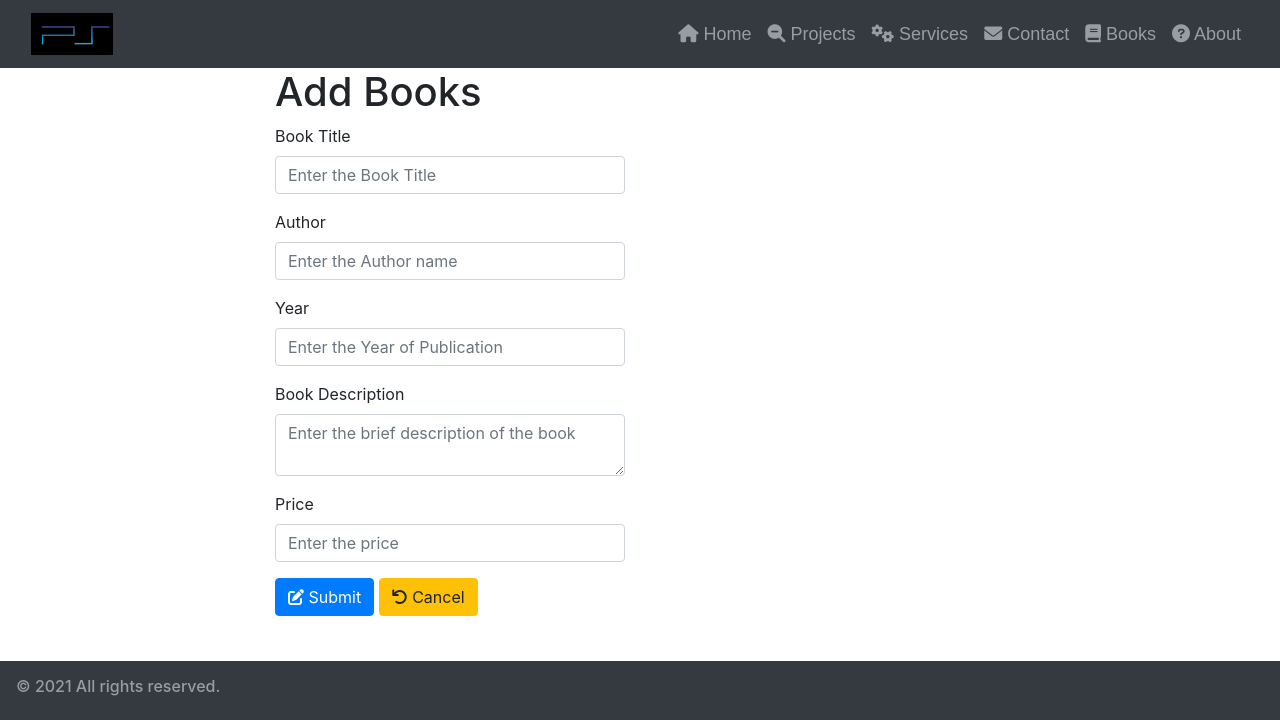
Repository: ParambirParambir/Assignment02
Page: http://localhost/book-list/add
These files come from the project's save history. The page is drawn as it stood at one moment and after the next save; the edit follows.
The browser window is 1280 px wide. The pictures show the whole page.
Some web libraries are served in a nearby version. The page is served by the project's Node server (server/config/app.js). Other server files are loaded and not shown.

Above is the page before, as saved 2021-10-21 19:50:17.

### server/views/book/add.ejs
<%- include ../partials/header.ejs %>

<%- include ../partials/main_nav.ejs %>

<!--Main content for Add page-->
<div class="container">
    <div class="row">
        <div class="offset-md-2 col-md-4">
        <h1><%= title %></h1>

            <form class="form" method="post">
                <div class="form-group">
                    <label for="nameTextField">Book Title</label>
                    <input type="text" class="form-control" id="nameTextField" placeholder="Enter the Book Title" name="name" required>
                </div>

                <div class="form-group">
                    <label for="authorTextField">Author</label>
                    <input type="text" class="form-control" id="authorTextField" placeholder="Enter the Author name" name="author" required>
                </div>

                <div class="form-group">
                    <label for="publishedTextField">Year</label>
                    <input type="text" class="form-control" id="publishedTextField" placeholder="Enter the Year of Publication " name="year" required>
                </div>

                <div class="form-group">
                    <label for="descriptionTextArea">Book Description</label>
                    <textarea type="text" class="form-control" id="descriptionTextArea" placeholder="Enter the brief description of the book" name="description" required></textarea>
                </div>

                <div class="form-group">
                    <label for="priceTextField">Price</label>
                    <input type="number" class="form-control" id="priceTextField" placeholder="Enter the price" name="price" required>
                </div>

                <button class="btn btn-primary " type="submit">
                    <i class="fas fa-edit"></i> Submit</button>

                    <a href="/book-list" class="btn btn-warning"><i class="fas fa-undo"></i> Cancel</a>
            </form>
        </div>

    </div>
</div>

<%- include ../partials/bottom_nav.ejs %>

<%- include ../partials/footer.ejs %>

### server/views/partials/header.ejs
<!DOCTYPE html>
<html lang="en">
<head>
  <meta charset="UTF-8">
  <meta http-equiv="X-UA-Compatible" content="IE=edge">
  <meta name="viewport" content="width=device-width, initial-scale=1.0">
  <title><%= title %> page</title>

  <!--css-->
  <link rel='stylesheet' href='/Content/app.css' />

<!--These stylesheets were saying 404 in console-->

  <!--<link rel="stylesheet" href="/bootstrap/dist/bootstrap.min.css">
  <link rel="stylesheet" href='/@fortawesome/fontawesome-free/css/all.min.css'-->

  <link rel="stylesheet" href="https://cdn.jsdelivr.net/npm/bootstrap@4.6.0/dist/css/bootstrap.min.css" integrity="sha384-B0vP5xmATw1+K9KRQjQERJvTumQW0nPEzvF6L/Z6nronJ3oUOFUFpCjEUQouq2+l" crossorigin="anonymous">
 <link rel="stylesheet" href="https://cdnjs.cloudflare.com/ajax/libs/font-awesome/6.0.0-beta2/css/all.min.css" integrity="sha512-YWzhKL2whUzgiheMoBFwW8CKV4qpHQAEuvilg9FAn5VJUDwKZZxkJNuGM4XkWuk94WCrrwslk8yWNGmY1EduTA==" crossorigin="anonymous" referrerpolicy="no-referrer" />

</head>
<body>

### server/views/partials/main_nav.ejs
 <!--main nav-->
  <nav class="navbar navbar-expand-lg navbar-dark bg-dark">
    <div class="container-fluid">
      <a class="navbar-brand" href="/home"><img src="/Assets/images/logo.jpg" class="logo"></a>
      <button class="navbar-toggler" type="button" data-bs-toggle="collapse" data-bs-target="#navbarSupportedContent" aria-controls="navbarSupportedContent" aria-expanded="false" aria-label="Toggle navigation">
        <span class="navbar-toggler-icon"></span>
      </button>

      <div class="collapse navbar-collapse" id="navbarSupportedContent">
        <ul class="navbar-nav ml-auto mb-2 mb-lg-0">

          <% if (title=="Home"){%>
          <li class="nav-item active"><%}
          else {%>
              <li class="nav-item"><% }%>

            <a class="nav-link" aria-current="page" href="/home"><i class="fas fa-home"></i> Home </a>
          </li>

          <% if (title=="Projects"){%>
          <li class="nav-item active"><%}
          else {%>
              <li class="nav-item"><% }%>
            <a class="nav-link" href="/projects"><i class="fas fa-search-minus"></i> Projects </a>
          </li>

          <% if (title=="Services"){%>
          <li class="nav-item active"><%}
          else {%>
              <li class="nav-item"><% }%>
            <a class="nav-link" href="/services"><i class="fas fa-cogs"></i> Services </a>
          </li>

          <% if (title=="Contact"){%>
          <li class="nav-item active"><%}
          else {%>
              <li class="nav-item"><% }%>
            <a class="nav-link" href="/contact"><i class="fas fa-envelope"></i> Contact </a>
          </li>

            <% if (title=="Books"){%>
          <li class="nav-item active"><%}
          else {%>
              <li class="nav-item"><% }%>
            <a class="nav-link" href="/book-list"><i class="fa-solid fa-book"></i> Books </a>
          </li>

          <% if (title=="About"){%>
          <li class="nav-item active"><%}
          else {%>
              <li class="nav-item"><% }%>
            <a class="nav-link" href="/about"><i class="fas fa-question-circle"></i> About </a>


        </ul>
      </div>
    </div>
  </nav>

### server/views/partials/bottom_nav.ejs
<!--bottom nav-->
<footer class="container">
    <nav class="navbar fixed-bottom navbar-dark bg-dark">
    <h6 class="navbar-text">&copy; 2021 All rights reserved.</h6>
    </nav>
</footer>

### server/views/partials/footer.ejs
  <!--scripts-->

  <script src="https://ajax.googleapis.com/ajax/libs/jquery/2.1.1/jquery.min.js"></script>
 <!-- <script src="/jquery/dist/jquery.min.js"></script>-->
  <script src="/Scripts/app.js"></script>
</body>
</html>

### server/config/app.js
let createError = require('http-errors');
let express = require('express');
let path = require('path');
let cookieParser = require('cookie-parser');
let logger = require('morgan');

//database setup
let mongoose=require('mongoose');
let DB=require('./db');

//connect mongoose to the DB URI
mongoose.connect(DB.URI, {useNewUrlParser: true}, {useUnifiedTopology:true} );

let mongoDB=mongoose.connection;
mongoDB.on('error', console.error.bind(console,'connection error: '));
mongoDB.once('open',()=>{
  console.log('Connected to MongoDB...');
});

let indexRouter = require('../routes/index');
let usersRouter = require('../routes/users');
let booksRouter = require('../routes/book');
const { Console } = require('console');

let app = express();

// view engine setup
app.set('views', path.join(__dirname, '../views'));
app.set('view engine', 'ejs');

app.use(logger('dev'));
app.use(express.json());
app.use(express.urlencoded({ extended: false }));
app.use(cookieParser());
app.use(express.static(path.join(__dirname, '../../public')));
app.use(express.static(path.join(__dirname, '../../node_modules')));

app.use('/', indexRouter);
app.use('/users', usersRouter);
app.use('/book-list', booksRouter);

// catch 404 and forward to error handler
app.use(function(req, res, next) {
  next(createError(404));
});

// error handler
app.use(function(err, req, res, next) {
  // set locals, only providing error in development
  res.locals.message = err.message;
  res.locals.error = req.app.get('env') === 'development' ? err : {};

  // render the error page
  res.status(err.status || 500);
  res.render('error', {title: 'Error'});
});

module.exports = app;

### server/routes/book.js
let express=require("express");
let router=express.Router();
let mongoose=require('mongoose');

//connect to our book model
let Book =require('../models/book');

/*Get Route for the Book list page- READ operation*/
router.get('/',(req,res,next)=>{
    Book.find((err,BookList)=>{
        if(err)
        {
            return console.error(err);
        }
        else
        {
           // console.log(BookList);

           res.render('book/list.ejs', {title:'Books', BookList:BookList})
        }
    });

});

/*Get Route for the Add page- CREATE operation*/
router.get('/add', (req, res, next)=>{
    res.render('book/add', {title: 'Add Books'})
});

/*Post Route for the Add page- CREATE operation*/
router.post('/add', (req, res, next)=>{
    let newBook=Book(
        {
            "name":req.body.name,
            "author":req.body.author,
            "published":req.body.published,
            "description": req.body.description,
            "price": req.body.price
        }
    );
    Book.create(newBook, (err, Book)=>{
        if(err)
        {
            console.log(err);
            res.end(err);
        }
        else
        {
            //refresh the book list
            res.redirect('/book-list');
        }
    })
});

/*Get Route for the Edit page- UPDATE operation*/
router.get('/edit/:id', (req, res, next)=>{
    let id=req.params.id;

    Book.findById(id, (err, bookToEdit)=>{
        if(err)
        {
            console.log(err);
            res.end(err);
        }
        else
        {
            //refresh the book list
            res.render('book/edit', {title:'Edit Book', book:bookToEdit})
        }
    });
});

/*Post Route for the Edit age- UPDATE operation*/
router.post('/edit/:id', (req, res, next)=>{
    let id=req.params.id

    let updateBook=Book
    (
        {
            "_id":id,
            "name":req.body.name,
            "author":req.body.author,
            "published":req.body.published,
            "description": req.body.description,
            "price": req.body.price
        }
    );
    Book.updateOne({_id:id},updateBook, (err)=>{
        if(err)
        {
            console.log(err);
            res.end(err);
        }
        else
        {
            //refresh the book list
            res.redirect('/book-list');
        }
    });
});

/*Get to perform Deletion- DELETE operation*/
router.get('/delete/:id', (req, res, next)=>{
    let id=req.params.id;

    Book.remove({_id:id}, (err)=>{
        if(err)
        {
            console.log(err);
            res.end(err);
        }
        else
        {
            //refresh the book list
            res.redirect('/book-list');
        }
        });
    });

module.exports=router;

### public/Content/app.css
/*-custom css--*/
p{
    font-family: sans-serif; font-size: larger; font-weight: 700;
}
ul{
    font-family: sans-serif; font-size: large; color: rgb(11, 11, 66);
}

/*designing of email and calling sysmbols*/
.contactUsEmail{
    width: 7%; height: 7%; float: right; padding-right: 3%; padding-top: 2%;
}
.contactUsPhone{
    width: 4.2%; height: 4.2%; float: right; margin-right: 7%;  padding-top: 2%;
}
.descriptionOfProjects{
    font-family: Cambria, Cochin, Georgia, Times, 'Times New Roman', serif; font-size: medium; color: rgb(34, 34, 34);
}
h2, h4{
    color:rgb(238, 46, 46);
}
.logo{
    width: 50%;
}

### public/Scripts/app.js
/*IIFE*/

(function()
{
    function Start()
    {
        console.log("App started...");
    }
    window.addEventListener("load", Start);
})();

After the next save:
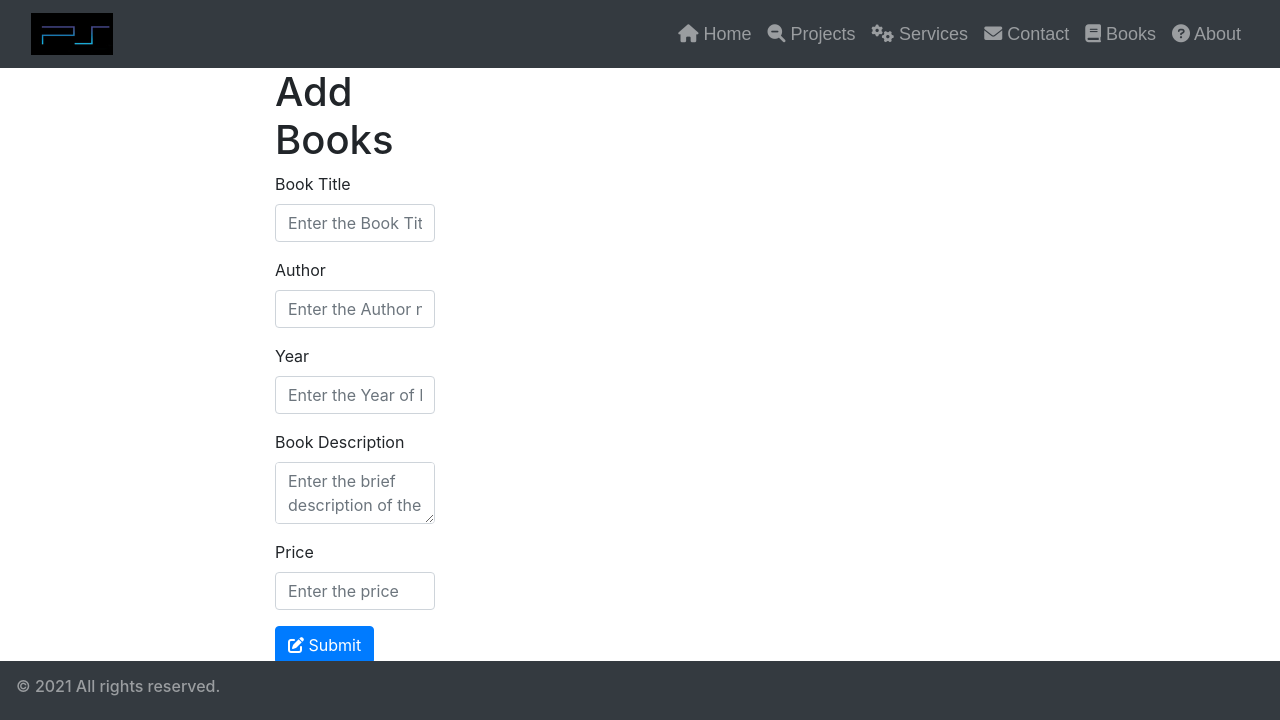
Saved 4 min 45 s later.
--- a/server/views/book/add.ejs
+++ b/server/views/book/add.ejs
@@ -5,8 +5,8 @@
 <!--Main content for Add page-->
 <div class="container">
     <div class="row">
-        <div class="offset-md-2 col-md-4">
-        <h1><%= title %></h1>
+        <div class="offset-md-2 col-md-2">
+          <h1><%= title %></h1>
 
             <form class="form" method="post">
                 <div class="form-group">
